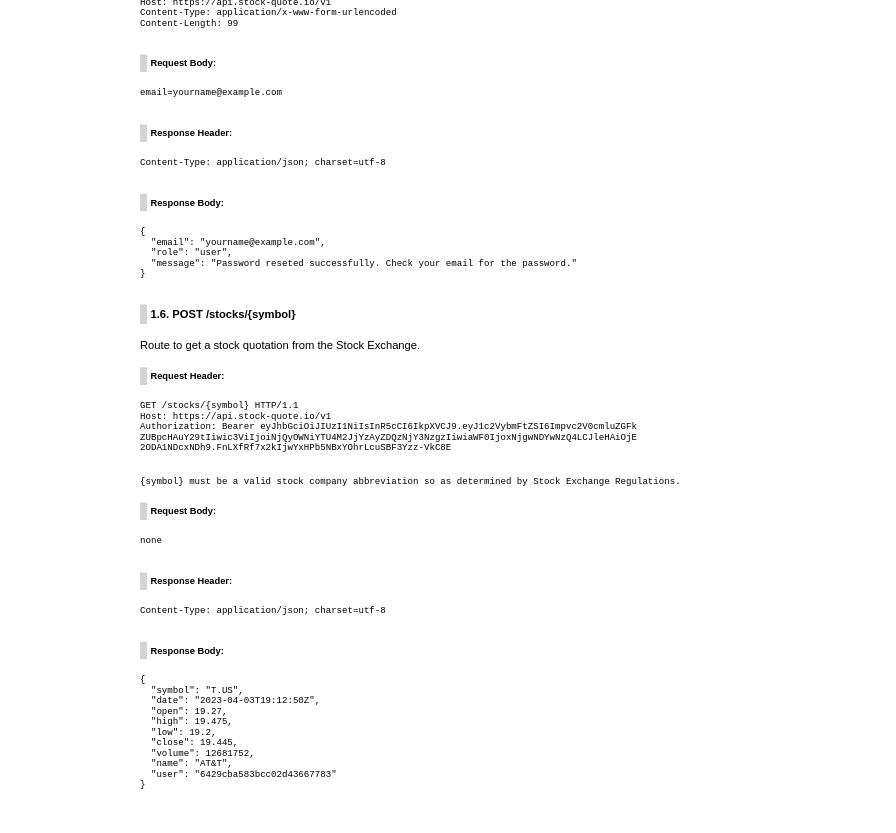
Repository: miguelamello/nest-js
Page: stock-service/reference.html
The author's editor kept a copy of each file at every save. The page is drawn from the files as they stood at one save, then again after the next save.
The browser window is 1280 px wide. The pictures show the part of the page from y = 3007 to 4927 px (the page is 4197 px tall before and 4927 px after), at 70% of full size.

Above is the page before, as saved 2023-04-03 14:31:43.

### stock-service/reference.html
<!DOCTYPE html>
<html lang="en">
<head>
  <meta charset="UTF-8">
  <meta http-equiv="X-UA-Compatible" content="IE=edge">
  <meta name="viewport" content="width=device-width, initial-scale=1.0">
  <title>STOCK QUOTE MICROSERVICE REFERENCE</title>
  <style>
    body {
      font-family: Arial, Helvetica, sans-serif;
      padding: 3% 15%;
    }
    h3 {
      padding: 5px;
      border-left: 10px solid lightgrey;
    }
    H4 {
      padding: 5px;
      border-left: 10px solid lightgrey
    }
    H5 {
      padding: 5px;
      border-left: 10px solid lightgrey
    }
    pre {
      margin: 0;
      overflow: auto;
    }
  </style>
</head>
<body>
  <h2>STOCK QUOTE MICROSERVICE REFERENCE</h2>
  <p>
    This Technical Specification Document describes the REST API for STOCK QUOTE MICROSERVICE.
    The API provides routes for user authentication, managing user accounts, and retrieving stock market data.
    The specification is written in Markdown and uses the OpenAPI Specification (OAS) format.
  </p>

  <p>
    <h3>1. Routes</h3>
    <p>
      All routes starts with the base URL: <code>https://api.stock-quote.io/v1</code>
    </p>

    <pre>
GET /                     //-> Accessing API documentation
GET /reference            //-> Accessing API reference
POST /auth/signup         //-> Creating new user
POST /auth/signin         //-> Getting JWT Token
POST /auth/reset-password //-> Resetting your password
GET /stocks/{symbol}      //-> Getting stock quotation
GET /stocks/stats         //-> Getting stock statistics
GET /stocks/history       //-> Getting stock history
    </pre>
  </p>

  <!-- 1.1. GET /  -->
  <p>
    <h4>1.1. GET /</h4>
    Route to return the HTML markup that displays the API
    Documentation in a easy and approuchable way.
  </p>
  <h5>Request Header:</h5>
  <pre>
GET / HTTP/1.1
Host: https://api.stock-quote.io/v1
  </pre>

  <h5>Request Body:</h5>
  <pre>
none
  </pre>

  <h5>Response Header:</h5>
  <pre>
Content-Type: text/html; charset=utf-8
  </pre>

  <h5>Response Body: </h5>

  <pre>
&lt;!DOCTYPE html&gt;
  &lt;html lang="en"&gt;
    &lt;head&gt;
      &lt;meta charset="UTF-8"&gt;
      &lt;meta http-equiv="X-UA-Compatible" content="IE=edge"&gt;
      &lt;meta name="viewport" content="width=device-width, initial-scale=1.0"&gt;
      &lt;title&gt;STOCK QUOTE MICROSERVICE DOCUMENTATION&lt;/title&gt;
      ...
  </pre>

  <!-- 1.2. GET /reference  -->
  <p>
    <h4>1.2. GET /reference</h4>
    Route to return the HTML markup that displays the API
    Reference in a detailed format.
  </p>
  <h5>Request Header:</h5>
  <pre>
GET /reference HTTP/1.1
Host: https://api.stock-quote.io/v1
  </pre>

  <h5>Request Body:</h5>
  <pre>
none
  </pre>

  <h5>Response Header:</h5>
  <pre>
Content-Type: text/html; charset=utf-8
  </pre>

  <h5>Response Body: </h5>

  <pre>
&lt;!DOCTYPE html&gt;
  &lt;html lang="en"&gt;
    &lt;head&gt;
      &lt;meta charset="UTF-8"&gt;
      &lt;meta http-equiv="X-UA-Compatible" content="IE=edge"&gt;
      &lt;meta name="viewport" content="width=device-width, initial-scale=1.0"&gt;
      &lt;title&gt;STOCK QUOTE MICROSERVICE REFERENCE&lt;/title&gt;
      ...
  </pre>

  <!-- 1.3. POST /auth/signup  -->
  <p>
    <h4>1.3. POST /auth/signup</h4>
    Route to create a new user to the API service.
  </p>
  <h5>Request Header:</h5>
  <pre>
POST /auth/signup HTTP/1.1
Host: https://api.stock-quote.io/v1
Content-Type: application/x-www-form-urlencoded
Content-Length: 35
  </pre>

  <h5>Request Body:</h5>
  <pre>
email=yourname@example.com&
role=user
  </pre>

  <h5>Response Header:</h5>
  <pre>
Content-Type: application/json; charset=utf-8
  </pre>

  <h5>Response Body: </h5>

  <pre>
{
  "email": "yourname@example.com",
  "role": "user",
  "message": "User created successfully. Check your email for the password."
}
  </pre>

  <!-- 1.4. POST /auth/signin  -->
  <p>
    <h4>1.4. POST /auth/signin</h4>
    Route to obtain a JWT token to access the API service.
  </p>
  <h5>Request Header:</h5>
  <pre>
POST /auth/signin HTTP/1.1
Host: https://api.stock-quote.io/v1
Content-Type: application/x-www-form-urlencoded
Content-Length: 56
  </pre>

  <h5>Request Body:</h5>
  <pre>
email=yourname@example.com&
password=e49015be5ba9752ab634b5649045bc56
  </pre>

  <h5>Response Header:</h5>
  <pre>
Content-Type: application/json; charset=utf-8
  </pre>

  <h5>Response Body: </h5>

  <pre>
{
  "access_token": "eyJhbGciOiJIUzI1NiIsInR5cCI6IkpXVCJ9.eyJ1c2VybmFtZSI6Im1pZ3VlbGFuZ2Vsb21lbGxvQGdt
  YWlsLmNvbSIsInN1YiI6IjY0Mjk4ODg1ZWI4YmU1YzI4NzE5ZWU4YSIsImlhdCI6MTY4MDUzMjQ0MiwiZXhwIjoxNjgwNjE4OD
  QyfQ.825oCeNJ2XdZUMuC-FZafONsoxtk1CIW5XBksBH3UTg"
}
  </pre>

  <!-- 1.5. POST /auth/reset-password  -->
  <p>
    <h4>1.5. POST /auth/reset-password</h4>
    Route to obtain a JWT token to access the API service.
  </p>
  <h5>Request Header:</h5>
  <pre>
POST /auth/reset-password HTTP/1.1
Host: https://api.stock-quote.io/v1
Content-Type: application/x-www-form-urlencoded
Content-Length: 99
  </pre>

  <h5>Request Body:</h5>
  <pre>
email=yourname@example.com
  </pre>

  <h5>Response Header:</h5>
  <pre>
Content-Type: application/json; charset=utf-8
  </pre>

  <h5>Response Body: </h5>

  <pre>
{
  "email": "yourname@example.com",
  "role": "user",
  "message": "Password reseted successfully. Check your email for the password."
}
  </pre>

  <!-- 1.6. POST /stocks/{symbol}  -->
  <p>
    <h4>1.6. POST /stocks/{symbol}</h4>
    Route to get a stock quotation from the Stock Exchange.
  </p>
  <h5>Request Header:</h5>
  <pre>
GET /stocks/{symbol} HTTP/1.1
Host: https://api.stock-quote.io/v1
Authorization: Bearer eyJhbGciOiJIUzI1NiIsInR5cCI6IkpXVCJ9.eyJ1c2VybmFtZSI6Impvc2V0cmluZGFk
ZUBpcHAuY29tIiwic3ViIjoiNjQyOWNiYTU4M2JjYzAyZDQzNjY3NzgzIiwiaWF0IjoxNjgwNDYwNzQ4LCJleHAiOjE
2ODA1NDcxNDh9.FnLXfRf7x2kIjwYxHPb5NBxYOhrLcuSBF3Yzz-VkC8E
  </pre>

  <p>
    <code>{symbol} must be a valid stock company abbreviation so as determined by Stock Exchange Regulations.</code>
  </p>

  <h5>Request Body:</h5>
  <pre>
none
  </pre>

  <h5>Response Header:</h5>
  <pre>
Content-Type: application/json; charset=utf-8
  </pre>

  <h5>Response Body: </h5>

  <pre>
{
  "symbol": "T.US",
  "date": "2023-04-03T19:12:50Z",
  "open": 19.27,
  "high": 19.475,
  "low": 19.2,
  "close": 19.445,
  "volume": 12681752,
  "name": "AT&T",
  "user": "6429cba583bcc02d43667783"
}
  </pre>

</body>
</html>

After the next save:
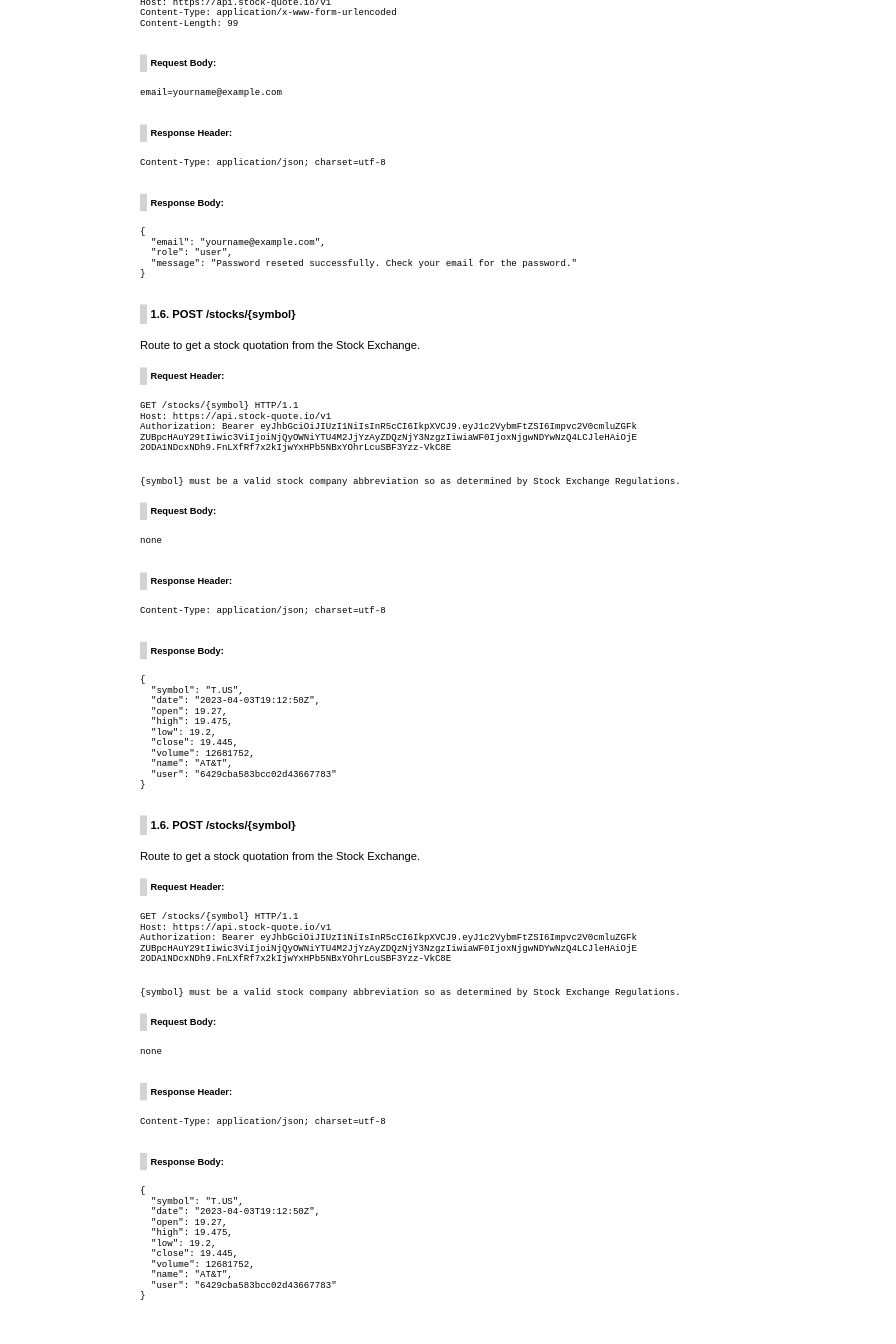
Saved 26 s later.
--- a/stock-service/reference.html
+++ b/stock-service/reference.html
@@ -269,5 +269,49 @@ Content-Type: application/json; charset=utf-8
 }
   </pre>
 
+  <!-- 1.6. POST /stocks/{symbol}  -->
+  <p>
+    <h4>1.6. POST /stocks/{symbol}</h4>
+    Route to get a stock quotation from the Stock Exchange.
+  </p>
+  <h5>Request Header:</h5>
+  <pre>
+GET /stocks/{symbol} HTTP/1.1
+Host: https://api.stock-quote.io/v1
+Authorization: Bearer eyJhbGciOiJIUzI1NiIsInR5cCI6IkpXVCJ9.eyJ1c2VybmFtZSI6Impvc2V0cmluZGFk
+ZUBpcHAuY29tIiwic3ViIjoiNjQyOWNiYTU4M2JjYzAyZDQzNjY3NzgzIiwiaWF0IjoxNjgwNDYwNzQ4LCJleHAiOjE
+2ODA1NDcxNDh9.FnLXfRf7x2kIjwYxHPb5NBxYOhrLcuSBF3Yzz-VkC8E
+  </pre>
+
+  <p>
+    <code>{symbol} must be a valid stock company abbreviation so as determined by Stock Exchange Regulations.</code>
+  </p>
+
+  <h5>Request Body:</h5>
+  <pre>
+none
+  </pre>
+
+  <h5>Response Header:</h5>
+  <pre>
+Content-Type: application/json; charset=utf-8
+  </pre>
+
+  <h5>Response Body: </h5>
+
+  <pre>
+{
+  "symbol": "T.US",
+  "date": "2023-04-03T19:12:50Z",
+  "open": 19.27,
+  "high": 19.475,
+  "low": 19.2,
+  "close": 19.445,
+  "volume": 12681752,
+  "name": "AT&T",
+  "user": "6429cba583bcc02d43667783"
+}
+  </pre>
+
 </body>
 </html>
